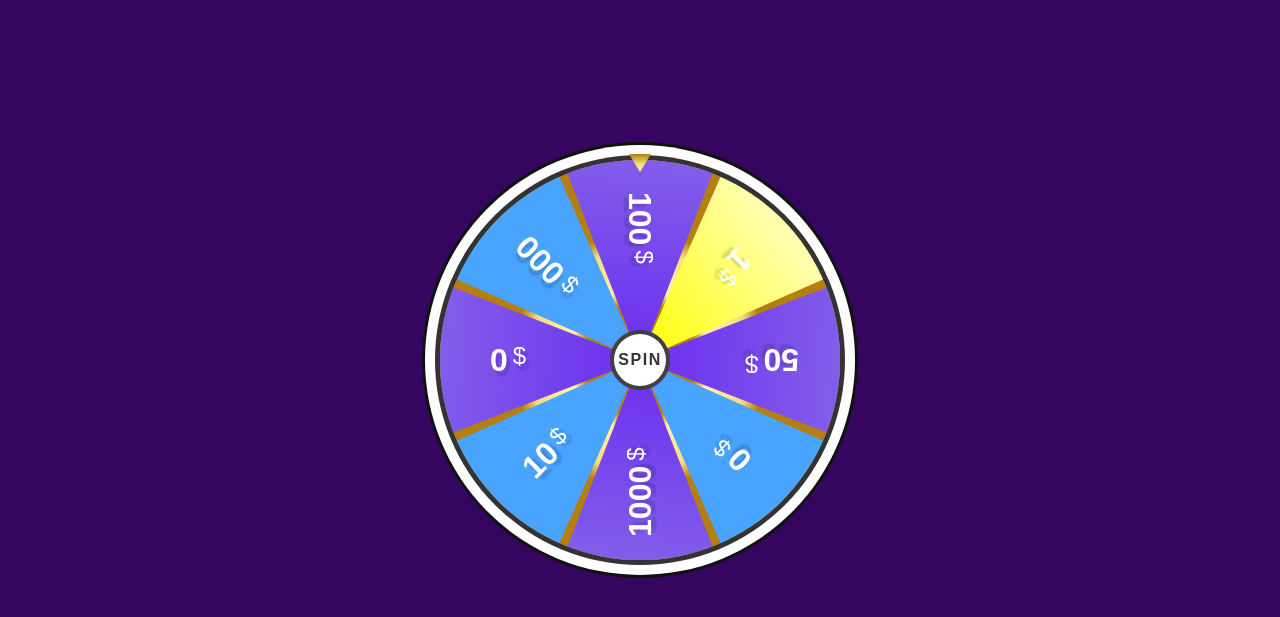
Repository: Jacques-Jaki-Morkel/FundedMarketplace_WheelofFortune
Page: index.html
The author's editor kept a copy of each file at every save. The page is drawn from the files as they stood at one save, then again after the next save.
The browser window is 1280 px wide. The pictures show the whole page.

Above is the page before, as saved 2025-08-14 12:59:48.

### index.html
<!DOCTYPE html>
<html lang="en">

<head>
    <meta charset="UTF-8">
    <meta name="viewport" content="width=device-width, initial-scale=1.0">
    <title>Wheel of Fortune - Funded Marketplace</title>
    <link rel="stylesheet" href="styles.css">
</head>

<body>
    <div class="container">
        <div class="spinBtn">
            SPIN
        </div>
        <div class="wheel">
            <div class="number" style=" --i:1 ;">
                <span>100</span>
            </div>
            <div class="number" style=" --i:2 ;--clr2: linear-gradient(var(--angle), white, yellow);">
                <span>1</span>
            </div>
            <div class="number" style=" --i:3 ;">
                <span>50</span>
            </div>
            <div class="number" style=" --i:4 ;--clr2: linear-gradient(var(--angle), #8b72e7 0%, #48a4ff 7%, #48a4ff 89%,  #3638ad 100%);">
                <span>0</span>
            </div>
            <div class="number" style=" --i:5 ;">
                <span>1000</span>
            </div>
            <div class="number" style=" --i:6 ;--clr2: linear-gradient(var(--angle), #8b72e7 0%, #48a4ff 7%, #48a4ff 89%,  #3638ad 100%);">
                <span>10</span>
            </div>
            <div class="number" style=" --i:7 ;">
                <span>0</span>
            </div>
            <div class="number" style=" --i:8 ;--clr2: linear-gradient(var(--angle), #8b72e7 0%, #48a4ff 7%, #48a4ff 89%,  #3638ad 100%);">
                <span>000</span>
            </div>
        </div>
    <div>
    <script src="script.js"></script>
</body>

</html>

### styles.css
* {
    margin: 0;
    padding: 0;
    box-sizing: border-box;
    font-family: 'Poppins', sans-serif;
}

body {
    display: flex;
    justify-content: center;
    align-items: center;
    min-height: 100vh;
    background: rgb(52, 6, 96);
}

.container {
    position: relative;
    width: 400px;
    height: 400px;
    display: flex;
    justify-content: center;
    align-items: center;
}

.container .spinBtn {
    position: absolute;
    width: 60px;
    height: 60px;
    background: #fff;
    border-radius: 50%;
    z-index: 10;
    display: flex;
    justify-content: center;
    align-items: center;
    text-transform: uppercase;
    font-weight: 600;
    color: #333;
    letter-spacing: 0.1em;
    border: 4px solid rgba(0, 0, 0, 0.75);
    cursor: pointer;
    user-select: none;
}

.container .spinBtn::before {
    content: '';
    position: absolute;
    top: -180px;
    width: 20px;
    transform: rotate(180DEG);
    height: 30px;
    background: linear-gradient(#b57e10  ,#fff3a6 , #f9df7b , #b57e10 );
    clip-path: polygon(50% 40%, -5% 100%, 105% 100%);
}

.container .wheel {
    position: absolute;
    top: 0;
    left: 0;
    width: 100%;
    height: 100%;
    background: radial-gradient(#b57e10 20% ,#fff3a6  25%, #f9df7b 39%, #b57e10 45%);
    border-radius: 50%;
    overflow: hidden;
    box-shadow: 0 0 0 5px #333,
        0 0 0 15px #fff,
        0 0 0 18px #111;
}

.container .wheel .number {
    position: absolute;
    width: 50%;
    height: 50%;
    background:var(--clr2, linear-gradient(var(--angle), #8b72e7, #6b2df0));
    --angle: 140deg;
    transform-origin: bottom right;
    transform: rotate(calc(45deg * var(--i)));
    clip-path: polygon(0 0, 56% 0, 100% 100%, 0 56%);
    display: flex;
    justify-content: center;
    align-items: center;
    user-select: none;
    cursor: pointer;
}

.container .wheel .number span {
    position: relative;
    transform: rotate(45deg);
    color: #fff;
    font-size: 2em;
    font-weight: 700;
    text-shadow: 3px 5px 2px rgba(0, 0, 0, 0.15);
}

.container .wheel .number span::after {
    content: '$';
    padding-left: 5px;
    position: absolute;
    font-size: 0.75em;
    font-weight: 500;
}

### script.js
const wheel = document.querySelector('.wheel');
const spinButton = document.querySelector('.spinBtn');
const value = Math.ceil(Math.random() * 360);

spinButton.addEventListener('click', () => {
    const rotations = Math.max(Math.random() * 100, 15); // Ensure at least 15 full rotations
    const randomDegree = Math.floor(Math.random() * (360*rotations)) + 720; // Ensure at least two full rotations
    const finalDegree = value + randomDegree;

    wheel.style.transition = 'transform 5s ease-in-out';
    wheel.style.transform = `rotate(${finalDegree}deg)`;

//     spin styles
//     cubic-bezier(0.33, 1, 0.68, 1)
})

After the next save:
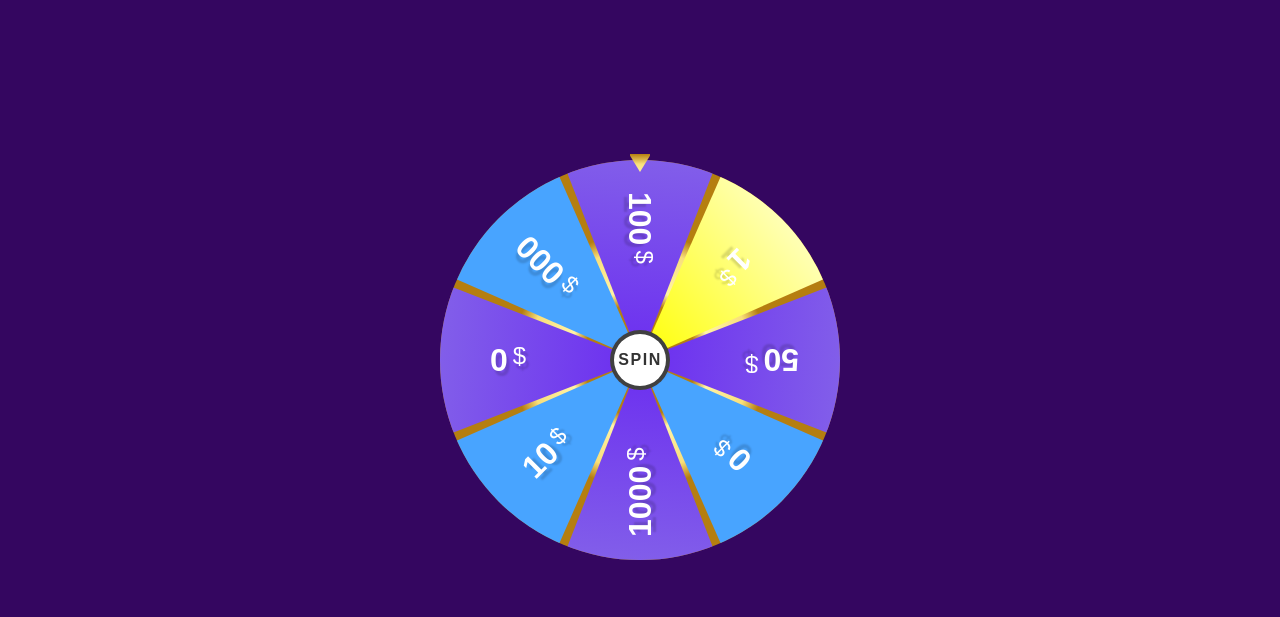
Saved 5 min 47 s later.
--- a/styles.css
+++ b/styles.css
@@ -48,7 +48,7 @@ body {
     width: 20px;
     transform: rotate(180DEG);
     height: 30px;
-    background: linear-gradient(#b57e10  ,#fff3a6 , #f9df7b , #b57e10 );
+    background: linear-gradient(#b57e10, #fff3a6, #f9df7b, #b57e10);
     clip-path: polygon(50% 40%, -5% 100%, 105% 100%);
 }
 
@@ -58,19 +58,21 @@ body {
     left: 0;
     width: 100%;
     height: 100%;
-    background: radial-gradient(#b57e10 20% ,#fff3a6  25%, #f9df7b 39%, #b57e10 45%);
+    background: radial-gradient(#b57e10 20%, #fff3a6 25%, #f9df7b 39%, #b57e10 45%);
     border-radius: 50%;
     overflow: hidden;
-    box-shadow: 0 0 0 5px #333,
+
+
+    box-shadow: 0 0 0 5px radial-gradient(#b57e10 20%, #fff3a6 25%, #f9df7b 39%, #b57e10 45%),
         0 0 0 15px #fff,
-        0 0 0 18px #111;
+        0 0 0 18px radial-gradient(#b57e10 20%, #fff3a6 25%, #f9df7b 39%, #b57e10 45%);
 }
 
 .container .wheel .number {
     position: absolute;
     width: 50%;
     height: 50%;
-    background:var(--clr2, linear-gradient(var(--angle), #8b72e7, #6b2df0));
+    background: var(--clr2, linear-gradient(var(--angle), #8b72e7, #6b2df0));
     --angle: 140deg;
     transform-origin: bottom right;
     transform: rotate(calc(45deg * var(--i)));
